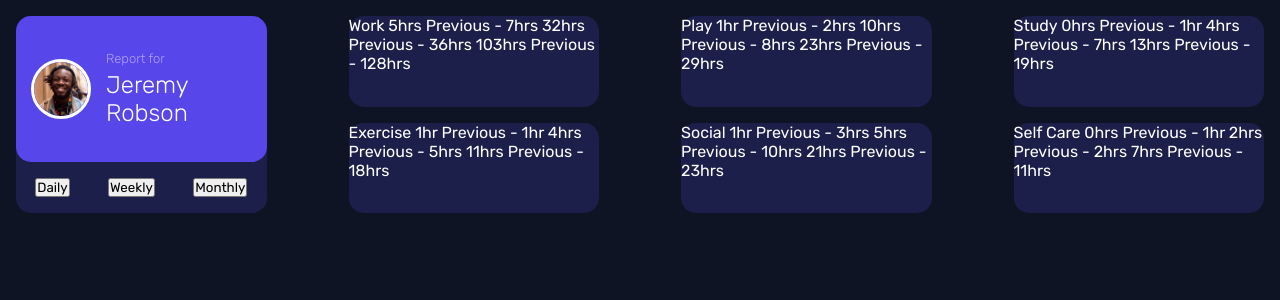
Repository: 3mr-5aled/time-tracking-dashboard-Junior
Page: index.html
An editor plug-in stored every save of this project. The page is shown before and after the next save, followed by the edit.
The browser window is 1280 px wide. The pictures show the whole page.

Above is the page before, as saved 2022-12-27 18:31:14.

### index.html
<!DOCTYPE html>
<html lang="en">
  <head>
    <meta charset="UTF-8" />
    <meta name="viewport" content="width=device-width, initial-scale=1.0" />
    <!-- displays site properly based on user's device -->

    <link
      rel="icon"
      type="image/png"
      sizes="32x32"
      href="./images/favicon-32x32.png"
    />
    <link rel="stylesheet" href="style.css" />

    <title>Frontend Mentor | Time tracking dashboard</title>

    <!-- Feel free to remove these styles or customise in your own stylesheet 👍 -->
    <style>
      .attribution {
        display: none;
        font-size: 11px;
        text-align: center;
      }
      .attribution a {
        color: hsl(228, 45%, 44%);
      }
    </style>
  </head>
  <body>
    <div class="main">
      <div class="user">
        <div class="userData">
          <img src="images/image-jeremy.png" alt="userFace" />
          <div class="userInfo">
            <p>Report for</p>
            <span>Jeremy Robson</span>
          </div>
        </div>
        <div class="filter">
          <ul>
            <button>Daily</button>
            <button>Weekly</button>
            <button>Monthly</button>
          </ul>
        </div>
      </div>
      <div class="work">
        Work 5hrs
        <!-- daily -->
        Previous - 7hrs
        <!-- daily -->
        32hrs
        <!-- weekly -->
        Previous - 36hrs
        <!-- weekly -->
        103hrs
        <!-- monthly -->
        Previous - 128hrs
        <!-- monthly -->
      </div>
      <div class="play">
        Play 1hr
        <!-- daily -->
        Previous - 2hrs
        <!-- daily -->
        10hrs
        <!-- weekly -->
        Previous - 8hrs
        <!-- weekly -->
        23hrs
        <!-- monthly -->
        Previous - 29hrs
        <!-- monthly -->
      </div>
      <div class="study">
        Study 0hrs
        <!-- daily -->
        Previous - 1hr
        <!-- daily -->
        4hrs
        <!-- weekly -->
        Previous - 7hrs
        <!-- weekly -->
        13hrs
        <!-- monthly -->
        Previous - 19hrs
        <!-- monthly -->
      </div>

      <div class="exercise">
        Exercise 1hr
        <!-- daily -->
        Previous - 1hr
        <!-- daily -->
        4hrs
        <!-- weekly -->
        Previous - 5hrs
        <!-- weekly -->
        11hrs
        <!-- monthly -->
        Previous - 18hrs
        <!-- monthly -->
      </div>

      <div class="social">
        Social 1hr
        <!-- daily -->
        Previous - 3hrs
        <!-- daily -->
        5hrs
        <!-- weekly -->
        Previous - 10hrs
        <!-- weekly -->
        21hrs
        <!-- monthly -->
        Previous - 23hrs
        <!-- monthly -->
      </div>
      <div class="selfCare">
        Self Care 0hrs
        <!-- daily -->
        Previous - 1hr
        <!-- daily -->
        2hrs
        <!-- weekly -->
        Previous - 2hrs
        <!-- weekly -->
        7hrs
        <!-- monthly -->
        Previous - 11hrs
        <!-- monthly -->
      </div>
    </div>
    <div class="attribution">
      Challenge by
      <a href="https://www.frontendmentor.io?ref=challenge" target="_blank"
        >Frontend Mentor</a
      >. Coded by <a href="#">3mr 5aled</a>.
    </div>
  </body>
</html>

### style.css
@import url("https://fonts.googleapis.com/css2?family=Rubik:wght@200;300;400;500&display=swap");

* {
  box-sizing: border-box;
  padding: 0;
  margin: 0;
  font-family: "Rubik", sans-serif;
}

:root {
  /* Primary colors */
  --blue: hsl(246, 80%, 60%);
  --light-red: hsl(15, 100%, 70%); /*(work)*/
  --soft-blue: hsl(195, 74%, 62%); /*(play)*/
  --light-red: hsl(348, 100%, 68%); /*(study)*/
  --lime-green: hsl(145, 58%, 55%); /*(exercise)*/
  --violet: hsl(264, 64%, 52%); /*(social)*/
  --soft-orange: hsl(43, 84%, 65%); /*(self care)*/

  /* Neutral colors */
  --very-dark-blue: hsl(226, 43%, 10%);
  --dark-blue: hsl(235, 46%, 20%);
  --light-purple: #5746ea;
  --desaturated-blue: hsl(235, 45%, 61%);
  --pale-blue: hsl(236, 100%, 87%);

  /* card font size */
  --fs-card: 18px;

  /* media quires */
  --mobile-view: 375px;
  --desktop-view: 1440px;
}

body {
  background-color: var(--very-dark-blue);
  color: white;
}

.main {
  display: grid;
  grid-template-columns: repeat(4, 1fr);
  grid-template-rows: repeat(2, 1fr);
  grid-template-areas:
    "user work play study"
    "user exercise social selfCare";
  grid-column-gap: 50px;
  /* grid-row-gap: 50px; */
}

.user,
.work,
.play,
.study,
.exercise,
.social,
.selfCare {
  background: var(--dark-blue);
  border-radius: 15px;
  /* padding: 1rem; */
  margin-top: 1rem;
  margin-right: 1rem;
  margin-left: 1rem;
}
/* start user section */
.user {
  grid-area: user;
}
.userData {
  display: flex;
  flex-direction: row;
  align-items: center;
  justify-content: center;
  background: var(--light-purple);
  border-radius: 15px;
  padding: 15px;
}
img {
  border: 3px solid white;
  border-radius: 50%;
  height: 60px;
  width: 60px;
}
.userInfo {
  margin: 20px 0;
  margin-left: 15px;
}
.userInfo p {
  font-weight: 300;
  color: rgba(255, 255, 255, 0.5);
  padding-bottom: 5px;
  font-size: small;
}
.userInfo span {
  font-weight: 200;
  font-size: x-large;
}

.filter {
  margin: 1rem 0;
}

.filter ul {
  display: flex;
  align-items: center;
  justify-content: space-around;
  flex-direction: row;
  /* gap: 2rem; */
}
.filter ul li {
  list-style: none;
  color: rgba(255, 255, 255, 0.5);
}
.filter ul li:hover {
  color: white;
}
/* end user section */

.work {
  grid-area: work;
}
.play {
  grid-area: play;
}
.study {
  grid-area: study;
}
.exercise {
  grid-area: exercise;
}
.social {
  grid-area: social;
}
.selfCare {
  grid-area: selfCare;
}

@media screen and (max-width: 375px) {
  .main {
    grid-template-columns: 1fr;
    grid-template-rows: repeat(7, 1fr);
    grid-template-areas:
      "user"
      "work"
      "play"
      "study"
      "exercise"
      "social"
      "selfCare";
  }
}

After the next save:
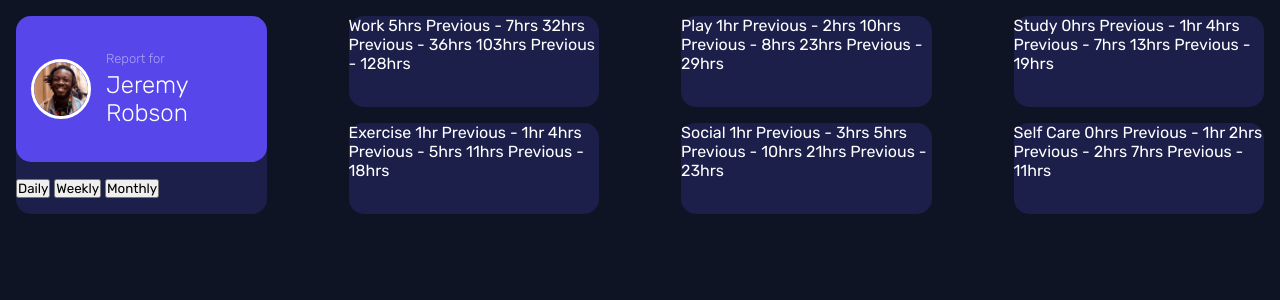
Saved 7 s later.
--- a/index.html
+++ b/index.html
@@ -38,11 +38,9 @@
           </div>
         </div>
         <div class="filter">
-          <ul>
-            <button>Daily</button>
-            <button>Weekly</button>
-            <button>Monthly</button>
-          </ul>
+          <button>Daily</button>
+          <button>Weekly</button>
+          <button>Monthly</button>
         </div>
       </div>
       <div class="work">
